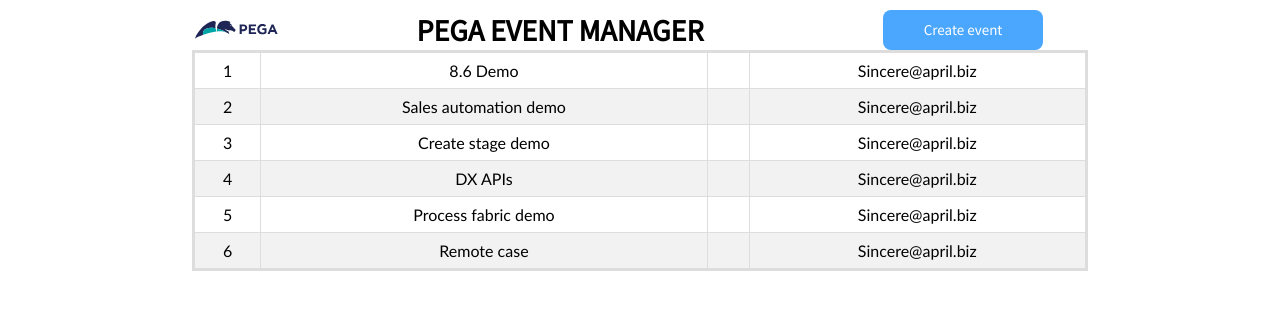
Repository: SasiVeeramachaneni/eventmanager
Page: /
These files come from the project's save history. The page is drawn as it stood at one moment and after the next save; the edit follows.
The browser window is 1280 px wide. The pictures show the whole page.
The project was rebuilt for these pictures with package versions that can differ from the ones it lists, and the page was loaded fresh each time. Also part of the build but not shown: src/Card.js.

Above is the page before, as saved 2020-09-02 13:14:28.

### src/index.js
import React from 'react';
import ReactDOM from 'react-dom';
import './index.css';
import App from './App';
import * as serviceWorker from './serviceWorker';
import './fonts/SourceSansPro-Regular.ttf'

ReactDOM.render(
  <React.StrictMode>
    <App />
  </React.StrictMode>,
  document.getElementById('root')
);

// If you want your app to work offline and load faster, you can change
// unregister() to register() below. Note this comes with some pitfalls.
// Learn more about service workers: https://bit.ly/CRA-PWA
serviceWorker.unregister();

### src/App.js
import React from 'react';
import './App.css';
import logo from './logo.svg';
import Events from './Events';

function App() {
  return (
    <div className="App">
      <div className="header">
        <div className="logo"><img src={logo} alt=""/></div>
        <div className="heading">PEGA EVENT MANAGER</div>
        <div className="logo"><button type="button" className="createbutton">Create event</button></div>
      </div>
      <div className="body">
        <Events />
      </div>

    </div>
  );
}

export default App;

### src/App.css
.App {
  height: 100vh;
  display: grid;
  grid-template-rows: 50px 1fr;
  width: 70%;
  margin-left: auto;
  margin-right: auto;
}

@font-face {
  font-family: 'SourceSansPro';
  src: local('SourceSansPro'), url(./fonts/SourceSansPro-Regular.ttf) format('truetype');
}


.container {
  padding: 2px 16px;
}

.cardList {
  display: flex;
  flex-direction: row;
  justify-content: center;
  max-width: 1000px;
  flex-wrap: wrap;
}

.header {
  display: flex;
  align-items: stretch;
  justify-content: space-evenly;
  padding-top: 10px;
}

.logo {
  flex-grow: 1;
  display: flex;
  align-items: center;
  justify-content: center;
}

.heading {
  flex-grow: 3;
  display: flex;
  align-items: center;
  justify-content: center;
  font-size: 30px;
  font-weight: bold;
  font-family: SourceSansPro;

}

.createbutton {
  width: 10rem;
  color: #FFF;
  background: #4BA7FE;
  border-radius: 8px;
  font-size: 15px;
  line-height: 24px;
  height: 2.5rem;
  position: relative;
  align-items: center;
  box-sizing: border-box;
  transition: all 0.4s ease-in-out;
  border: none;
  font-family: SourceSansPro;


}

.body {

}

#events {
  text-align: center;
  font-family: "Trebuchet MS", Arial, Helvetica, sans-serif;
  border-collapse: collapse;
  border: 3px solid #ddd;
  width: 100%;
}

#events td, #events th {
  border: 1px solid #ddd;
  padding: 8px;
}

#events tr:nth-child(even){background-color: #f2f2f2;}

#events tr:hover {background-color: #ddd;}

#events th {
  padding-top: 12px;
  padding-bottom: 12px;
  text-align: center;
  background-color: #4CAF50;
  color: white;
}

### src/Events.js
import React, { Component } from 'react'
import './App.css';
import Card from './Card'

  const CardList = ({ robots }) => {
    const cardsArray = robots.map(robot => (
      <Card
        name={robot.name}
        email={robot.email}
        username={robot.username}
        id={robot.id} />
    ));

    return (
      <div className="cardList">
        {cardsArray}
      </div>
    );
  };

  function Events2() {
      return(
        <CardList robots={robots} />
      );
  }


  class Events extends Component {
    constructor(props) {
       super(props) //since we are extending class Table so we have to use super in order to override Component class constructor
       this.state = { //state is by default an object
          students: [
            {
              id: 1,
              name: "8.6 Demo",
              username: "Sasi",
              email: "Sincere@april.biz",
              subsribe: true
            },
            {
              id: 2,
              name: "Sales automation demo",
              username: "Bharath",
              email: "Sincere@april.biz",
              subsribe: false

            },
            {
              id: 3,
              name: "Create stage demo",
              username: "Naresh",
              email: "Sincere@april.biz",
              subsribe: false
            },
            {
                id: 4,
                name: "DX APIs",
                username: "Kishore",
                email: "Sincere@april.biz",
                subsribe: true
            },
            {
                id: 5,
                name: "Process fabric demo",
                username: "Ujjwala",
                email: "Sincere@april.biz",
                subsribe: false
            },
            {
                id: 6,
                name: "Remote case",
                username: "Sasi",
                email: "Sincere@april.biz",
                subsribe: true
            },
          ]
       }
    }

    renderTableData() {
      return this.state.students.map((student, index) => {
         const { id, name, age, email } = student //destructuring
         return (
            <tr key={id}>
               <td>{id}</td>
               <td>{name}</td>
               <td>{age}</td>
               <td>{email}</td>
            </tr>
         )
      })
   }

   render() {
      return (
         <div>
            <table id='events'>
               <tbody>
                  {this.renderTableData()}
               </tbody>
            </table>
         </div>
      )
   }
 }

  export default Events;

### src/Card.css
.card {
    box-shadow: 0 4px 8px 0 rgba(0,0,0,0.2);
    transition: 0.3s;
    width: 300px;
    padding: 5px;
    margin-left: 5px;
    margin-right:5px;
    margin-top: 10px;
    border-radius: 8px;
  }

  .card:hover {
    box-shadow: 0 8px 16px 0 rgba(0,0,0,0.2);
  }


  .inlineCard {
    display: flex;
    flex-direction: column;
    align-items: center;
    justify-content: center;
  }

  .topline {
    padding-top: 10px;
    padding-left:5px;
    padding-right: 5px;
    display: flex;
    align-items: flex-start;
    justify-content: space-between;
  }


  .time {
    font-size: 14px;
}

@font-face {
    font-family: 'SourceSansPro';
    src: local('SourceSansPro'), url(./fonts/SourceSansPro-Regular.ttf) format('truetype');
  }


  .userName{
    font-family: SourceSansPro;
    font-size:14px;

  }
.unsubscribe {
    width: 10rem;
    color: #FFF;
    background: #bbc2c9;
    border-radius: 8px;
    font-size: 15px;
    line-height: 24px;
    height: 2.5rem;
    position: relative;
    align-items: center;
    box-sizing: border-box;
    transition: all 0.4s ease-in-out;
    border: none;
    font-family: SourceSansPro;
    margin-top: 10px;
    margin-bottom: 2px;

  }

  .subscribe {
    width: 10rem;
    color: #FFF;
    background: #4BA7FE;
    border-radius: 8px;
    font-size: 15px;
    line-height: 24px;
    height: 2.5rem;
    position: relative;
    align-items: center;
    box-sizing: border-box;
    transition: all 0.4s ease-in-out;
    border: none;
    font-family: SourceSansPro;
    margin-top: 10px;
    margin-bottom: 2px;

  }

Loaded but not shown: public/index.html (common file); src/index.css (common file); src/serviceWorker.js (common file)

After the next save:
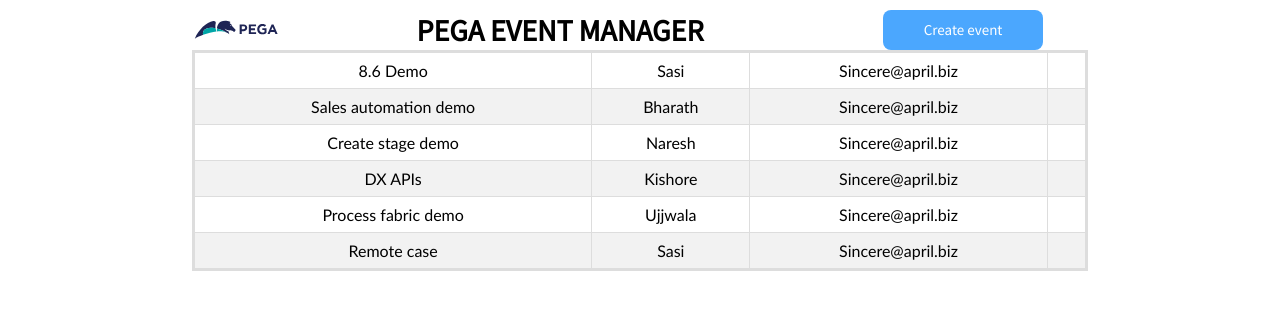
Saved 50 s later.
--- a/src/Events.js
+++ b/src/Events.js
@@ -79,13 +79,13 @@
 
     renderTableData() {
       return this.state.students.map((student, index) => {
-         const { id, name, age, email } = student //destructuring
+         const { id, name, username, email, subscribe } = student //destructuring
          return (
             <tr key={id}>
-               <td>{id}</td>
                <td>{name}</td>
-               <td>{age}</td>
+               <td>{username}</td>
                <td>{email}</td>
+               <td>{subscribe}</td>
             </tr>
          )
       })
